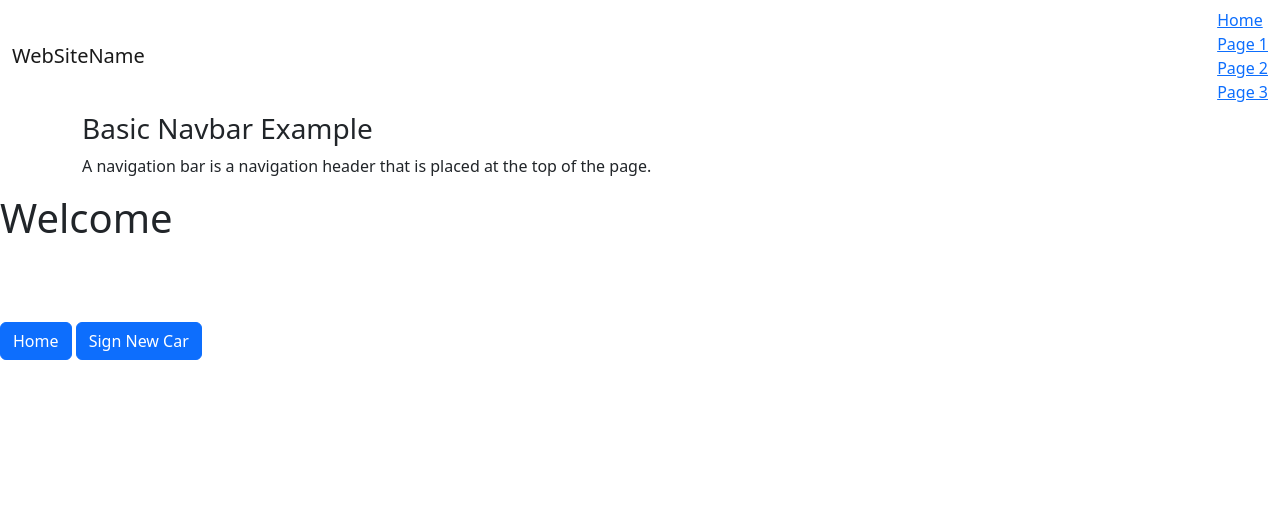
Repository: Ahmad-hamdan98/Java_Project
Page: http://localhost/javaproject/WIB-INF/ShowAll.jsp
The author's editor kept a copy of each file at every save. The page is drawn from the files as they stood at one save, then again after the next save.
The browser window is 1280 px wide. The pictures show the whole page.
The page is served by Tomcat 9.

Above is the page before, as saved 2022-11-19 15:10:31.

After the next save:
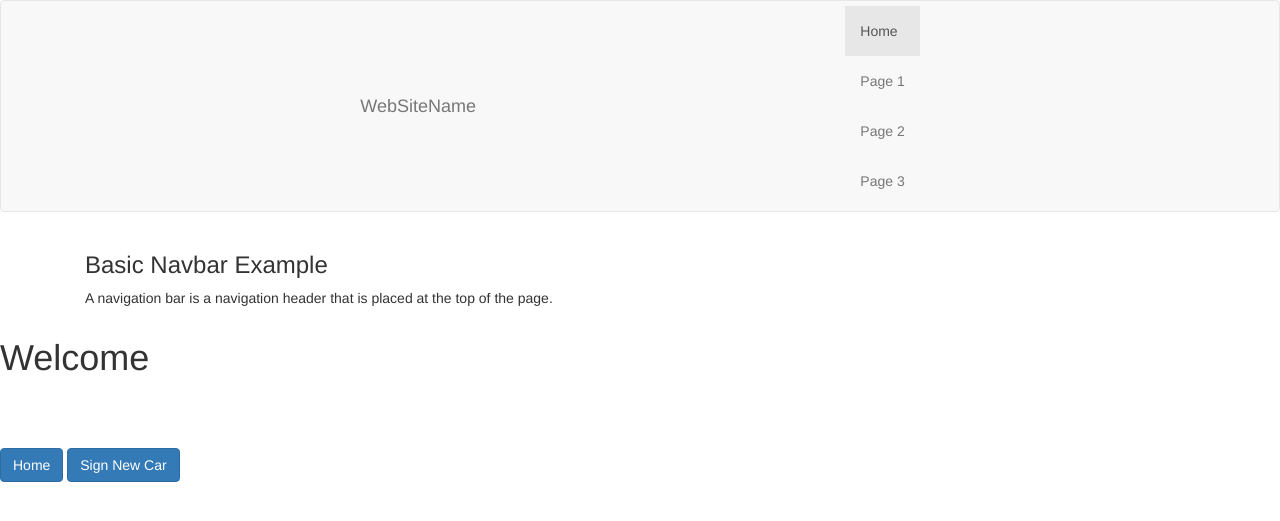
Saved 41 s later.
--- a/atfirst/javaproject/src/main/webapp/WIB-INF/ShowAll.jsp
+++ b/atfirst/javaproject/src/main/webapp/WIB-INF/ShowAll.jsp
@@ -13,7 +13,9 @@
 <meta charset="ISO-8859-1">
 <title>Insert title here</title>
  <link href="https://cdn.jsdelivr.net/npm/bootstrap@5.2.2/dist/css/bootstrap.min.css" rel="stylesheet" integrity="sha384-Zenh87qX5JnK2Jl0vWa8Ck2rdkQ2Bzep5IDxbcnCeuOxjzrPF/et3URy9Bv1WTRi" crossorigin="anonymous">
-
+<meta charset="utf-8">
+  <meta name="viewport" content="width=device-width, initial-scale=1">
+  <link rel="stylesheet" href="https://maxcdn.bootstrapcdn.com/bootstrap/3.3.6/css/bootstrap.min.css">
 </head>
 <body>
 <nav class="navbar navbar-default">
